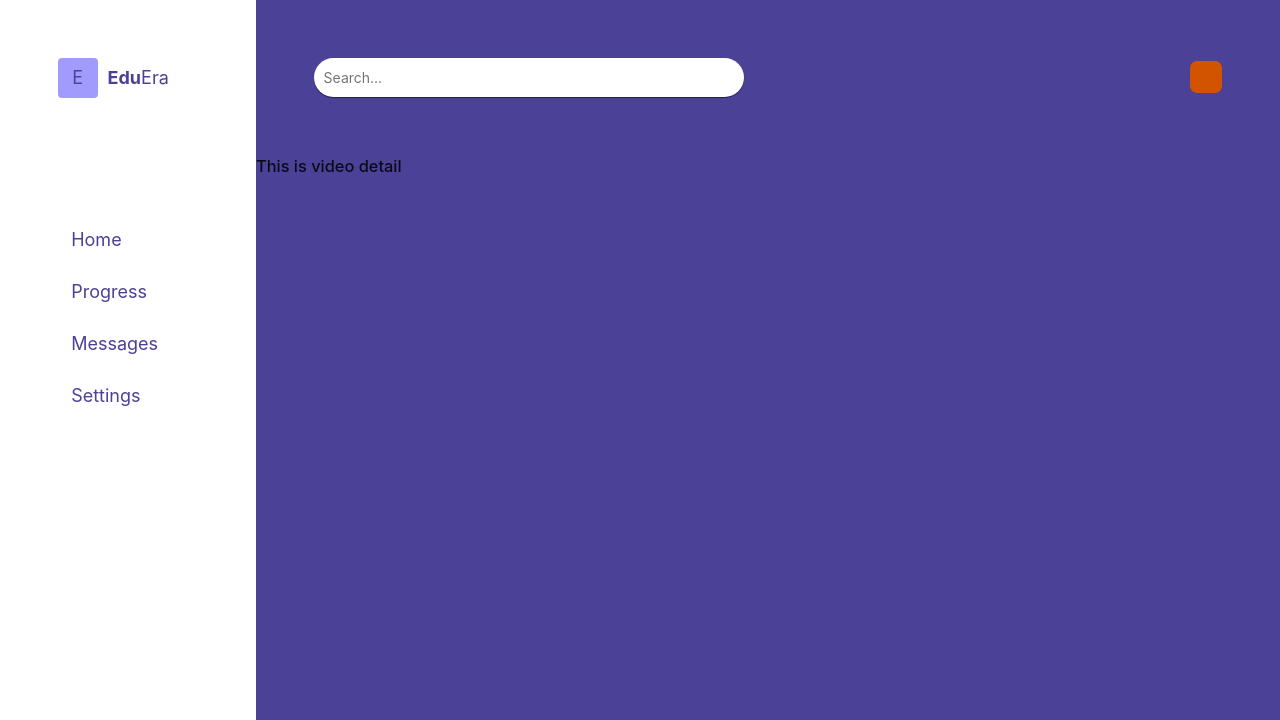
Repository: huynhnt1406/coursestorage
Page: /videodetail/1 (app in coursestorage/)
The author's editor kept a copy of each file at every save. The page is drawn from the files as they stood at one save, then again after the next save.
The browser window is 1280 px wide. The pictures show the whole page.
The project was rebuilt for these pictures with package versions that can differ from the ones it lists, and the page was loaded fresh each time. Also part of the build but not shown: coursestorage/src/components/ListItems.vue, coursestorage/src/components/VideoList.vue, coursestorage/src/smallcomponents/Messages.vue, coursestorage/src/smallcomponents/Progress.vue, coursestorage/src/smallcomponents/Settings.vue.

Above is the page before, as saved 2021-05-01 21:16:02.

### coursestorage/src/main.js
import Vue from 'vue'
import App from './App.vue'
import 'ant-design-vue/dist/antd.css'
import Antd from 'ant-design-vue';
import router from './router/index';
import store from './stores/index'
Vue.config.productionTip = false
Vue.use(Antd);
new Vue({
  router,
  store,
  render: h => h(App),
}).$mount('#app')

### coursestorage/src/App.vue
<template>
  <div class="container">
    <div class="sidebar">
      <Sidebar/>
    </div>
    <div class="main">
      <SearchBar/>
      <router-view/>
    </div>
  </div>
</template>

<script>
import Sidebar from './components/Sidebar'
import SearchBar from './components/SearchBar'
export default {
  components:{
    Sidebar,
    SearchBar,
  }
}
</script>

<style>
*{
  margin:0
}
.container{
  background-color:#4b4196;
  min-height: 100vh;
  display: flex;
}
.main{
  flex:0.8;
}
</style>

### coursestorage/src/router/index.js
import Vue from 'vue'
import VueRouter from 'vue-router'
import VideoList from '../components/VideoList'
import Messages from '../smallcomponents/Messages'
import Progress from '../smallcomponents/Progress'
import Settings from '../smallcomponents/Settings'
import VideoDetail from '../smallcomponents/VideoDetail'
Vue.use(VueRouter)
const routes = [
    {
        path:'/',
        name:'VideoList',
        component:VideoList
    },
    {
        path:'/progress',
        name:'Progress',
        component:Progress
    },
    {
        path:'/messages',
        name:'Messages',
        component:Messages
    },
    {
        path:'/settings',
        name:'Settings',
        component:Settings
    },
    {
        path:'/videodetail/:id',
        name:'VideoDetail',
        component:VideoDetail,
        props:true
    }
]
export default new VueRouter({
    routes,
    mode:'history'
})

### coursestorage/src/stores/index.js
import Vue from 'vue'
import Vuex from 'vuex'
import videolists from './modules/videolists'
Vue.use(Vuex)

export default new Vuex.Store({
    modules:{
        videolists
    }
})

### coursestorage/src/components/Sidebar.vue
<template>
  <div class="sidebar">
      <div class="sidebar-header">
          <a-avatar shape="square" size="large" style="backgroundColor:#a29bfe ; marginRight:10px">E</a-avatar>
          <span><strong>Edu</strong>Era</span>
      </div>
      <div class="sidebar-links">
          <div class="link">
              <a-icon style="color:#a29bfe " type="appstore"/>
              <router-link class="sidebar-link" to="/"><span>Home</span></router-link>
          </div>
           <div class="link">
               <a-icon style="color:#a29bfe " type="bar-chart" />
               <router-link class="sidebar-link" to="/progress"><span>Progress</span></router-link>
          </div>
           <div class="link">
                <a-icon style="color:#a29bfe " type="message" />
                <router-link class="sidebar-link" to="/messages">

                <span>Messages</span></router-link>
          </div>
           <div class="link">
                <a-icon style="color:#a29bfe ; opacity:0.7" type="setting" />
                <router-link class="sidebar-link" to="/settings"><span>Settings</span></router-link>
          </div>
      </div>
  </div>
</template>

<script>
export default {

}
</script>

<style>
.sidebar{
    flex:0.2;
    background-color:white;
}
.sidebar-header{
    display: flex;
    align-items: center;
    padding:8vh 0 8vh 8vh
}
.sidebar-header span{
    color:#4b4196;
    font-size: large;
}
.sidebar-links{
    padding:8.5vh;
}
.link{
    display: flex;
    margin-bottom:5px;
    align-items: center;
    padding:10px 0 10px 0;
    color:#4b4196;
}
.sidebar-link{
    color:#4b4196;
    font-size: 18px;
}
.sidebar-link:focus{
    color:#d35400;
}
.link span{
    margin-left:10px;
}
.link:hover{
    color:#d35400;
    cursor: pointer;
}
</style>

### coursestorage/src/components/SearchBar.vue
<template>
  <div class="searchbar">
    <div class="search-tool">
        <a-icon type="search"  />
        <input type="text" placeholder="Search..." >
    </div>
    <div class="icons">
        <a-avatar shape="square" icon="user" type="user" style="color:black ;backgroundColor:transparent; border-radius:7px "  />
        <a-avatar shape="square" style="backgroundColor:#d35400 ;border-radius:7px " icon="fire" />
    </div>
  </div>
</template>

<script>
export default {

}
</script>

<style>
.searchbar{
    padding:8vh;
    display: flex;
    justify-content: space-between;
    align-items: center;
    flex:1;
}
.search-tool {
    background-color: white;
    box-shadow: 0 1px 1px rgba(0,0,0,.5);
    padding:8px;
    flex:0.5;
    border-radius: 20px;
}
.search-tool input{
    width: 50%;
    background-color: transparent;
    border:none;
    outline:none;
}
</style>

### coursestorage/src/smallcomponents/VideoDetail.vue
<template>
  <h3>This is video detail</h3>
</template>

<script>
export default {

}
</script>

<style>

</style>

### coursestorage/src/stores/modules/videolists.js
const state = {
    videolists:[
        {
            id:1,
            name:"Laravel 8 REST API With Sanctum Authentication",
            minutes:'54:14',
            avatarUrl:'https://yt3.ggpht.com/ytc/AAUvwng963DN2_MIbKuvMWRrN4KG920h3Y4YHg6KET9vZg=s176-c-k-c0x00ffffff-no-rj',
            thumnailUrl:'https://i.ytimg.com/vi/MT-GJQIY3EU/maxresdefault.jpg',
            channelName:'Traversy Media',
        },
        {
            id:2,
            name:"Node.js and Express.js - Full Course",
            minutes:'8:16:47',
            avatarUrl:'https://yt3.ggpht.com/ytc/AAUvwnifaQZvAunS0OFb2y_cieoVjLCVjqQW8Exf3BC1gg=s176-c-k-c0x00ffffff-no-rj',
            thumnailUrl:'https://i.ytimg.com/vi/Oe421EPjeBE/maxresdefault.jpg',
            channelName:'freeCodeCamp.org',
        },
        {
            id:3,
            name:"React JS - React Tutorial for Beginners",
            minutes:'2:25:26',
            avatarUrl:'https://yt3.ggpht.com/ytc/AAUvwnj82Lirw0dg6V5pJWAcWdG22OESyldUcDwAFEqQWg=s176-c-k-c0x00ffffff-no-rj',
            thumnailUrl:'https://i.ytimg.com/vi/Ke90Tje7VS0/maxresdefault.jpg',
            channelName:'Programming with Mosh',
        },
        {
            id:4,
            name:"Vuex Crash Course | State Management",
            minutes:'1:01:18',
            avatarUrl:'https://yt3.ggpht.com/ytc/AAUvwng963DN2_MIbKuvMWRrN4KG920h3Y4YHg6KET9vZg=s176-c-k-c0x00ffffff-no-rj',
            thumnailUrl:'https://i.ytimg.com/vi/5lVQgZzLMHc/maxresdefault.jpg',
            channelName:'Travesy Media',
        }
    ]
}
const getters = {
    allVideos: (state) => state.videolists
}
const actions = {}
const mutations = {}
export default {
    state, getters,actions,mutations
}

Loaded but not shown: coursestorage/public/index.html (common file)

After the next save:
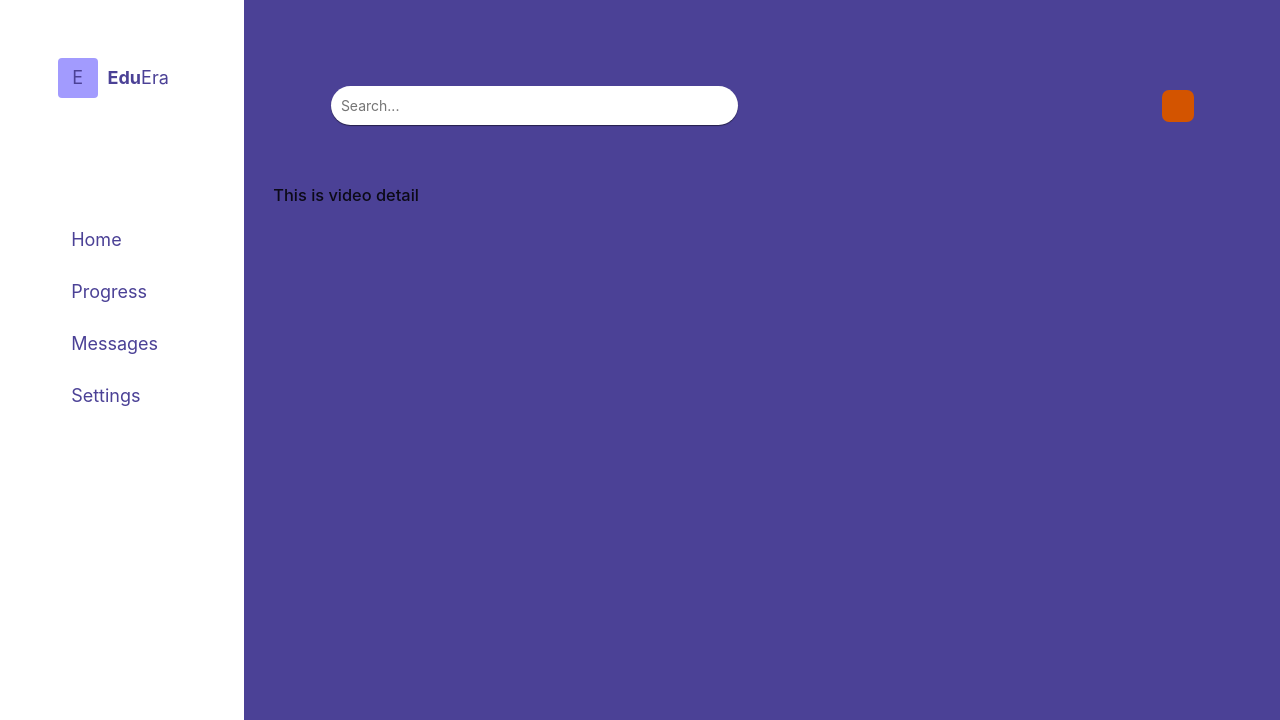
Saved 3 min 46 s later.
--- a/coursestorage/src/App.vue
+++ b/coursestorage/src/App.vue
@@ -32,5 +32,6 @@
 }
 .main{
   flex:0.8;
+  margin:4vh;
 }
 </style>

After the save that followed:
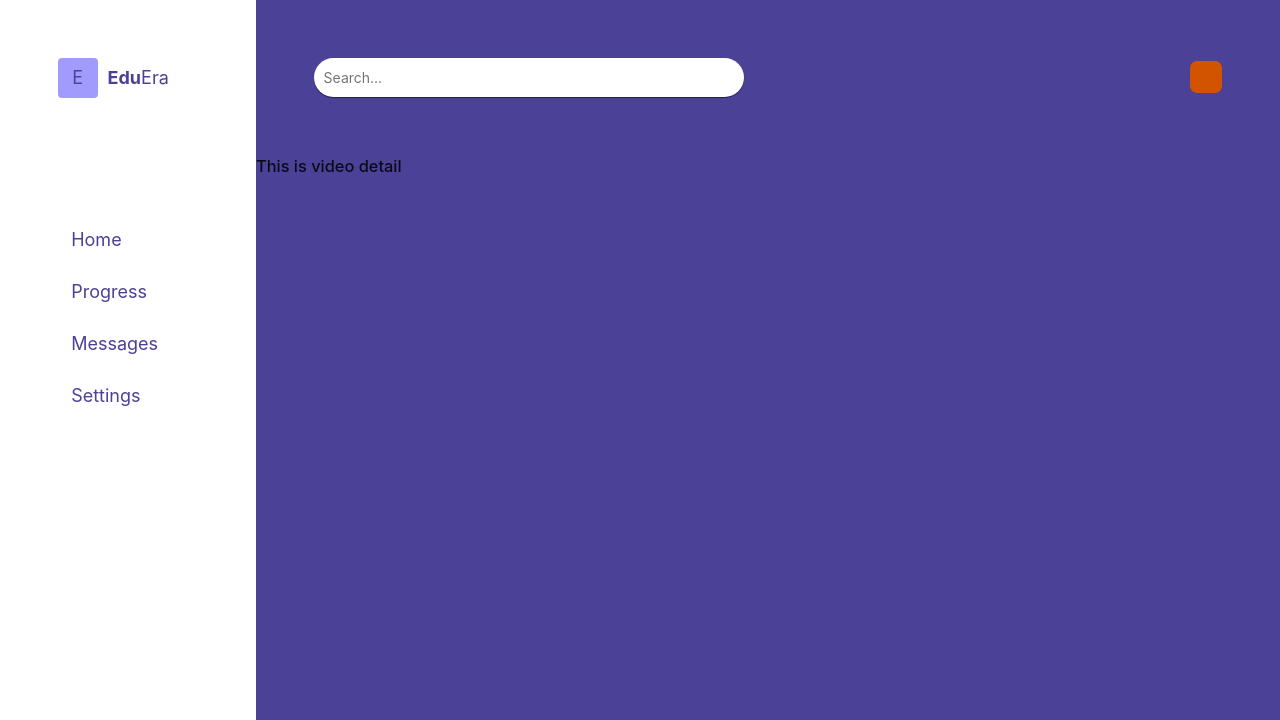
Saved 8 s later.
--- a/coursestorage/src/App.vue
+++ b/coursestorage/src/App.vue
@@ -32,6 +32,5 @@
 }
 .main{
   flex:0.8;
-  margin:4vh;
 }
 </style>
